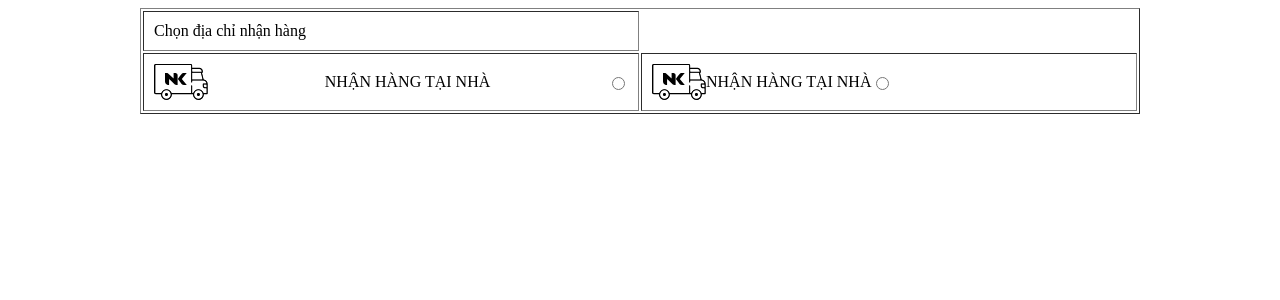
Repository: Tan-Khang21/TH_TKW--Buoi_04
Page: Bai_Tap_Tren_Lop/Bai_03/Bai_03.html
An editor plug-in stored every save of this project. The page is shown before and after the next save, followed by the edit.
The browser window is 1280 px wide. The pictures show the whole page.

Above is the page before, as saved 2024-03-07 21:43:06.

### Bai_Tap_Tren_Lop/Bai_03/Bai_03.html
<!DOCTYPE html>
<html lang="en">
  <head>
    <meta charset="UTF-8" />
    <meta name="viewport" content="width=device-width, initial-scale=1.0" />
    <link rel="stylesheet" href="style.css" />
    <title>Document</title>
  </head>
  <style>
    #redRadio:checked ~ #icon path {
      fill: yellow;
    }
  </style>
  <body>
    <form style="width: 1000px; margin: 0 auto">
      <table border="1px" cellpadding="10px" style="width: 1000px;">
        <tr>
          <td>Chọn địa chỉ nhận hàng</td>
        </tr>
        <tr>
          <td align="center">
            <div style="display: flex; align-items: center; justify-content: space-between">
              <svg
                id="icon"
                width="54"
                height="36"
                viewBox="0 0 54 36"
                fill="none"
              >
                <path
                  d="M44.4198 36C41.4513 36 39.0225 33.5712 39.0225 30.6027C39.0225 30.4138 38.8606 30.1709 38.6717 30.1709H18.1889C18 30.1709 17.8381 30.3328 17.8381 30.5217C17.8381 33.5442 15.4093 35.973 12.4408 35.973C9.47226 35.973 7.04348 33.5442 7.04348 30.5757C7.04348 30.3868 6.88156 30.1439 6.69265 30.1439H1.75412C0.944528 30.1439 0.134933 29.5232 0 28.8486V28.6597V1.51124C0 0.674663 0.944528 0 1.75412 0H36.6477C37.4843 0 38.1589 0.674663 38.1589 1.51124V3.50825C38.1589 3.69715 38.3208 3.85907 38.5097 3.85907H45.3643C47.2804 3.85907 48.8186 5.3973 48.8186 7.31334V8.28486C48.8186 8.52774 48.6297 8.77061 48.3868 8.82459C48.2789 8.85157 48.1979 8.90555 48.1439 8.98651C48.09 9.06747 48.09 9.17541 48.09 9.25637L49.6012 15.2744C49.6282 15.4093 49.7631 15.5172 49.8981 15.5442C52.03 15.8681 53.6492 17.7571 53.6492 19.916V29.6042C53.6492 29.901 53.4063 30.1439 53.1095 30.1439H50.1409C49.952 30.1439 49.7901 30.3058 49.7901 30.4948C49.8171 33.5712 47.3883 36 44.4198 36ZM44.4198 26.2849C42.045 26.2849 40.1289 28.2279 40.1289 30.5757C40.1289 32.9235 42.072 34.8666 44.4198 34.8666C46.7946 34.8666 48.7107 32.9505 48.7107 30.5757C48.7107 28.2009 46.7946 26.2849 44.4198 26.2849ZM12.4408 26.2849C10.066 26.2849 8.14993 28.2279 8.14993 30.5757C8.14993 32.9235 10.093 34.8666 12.4408 34.8666C14.7886 34.8666 16.7316 32.9775 16.7316 30.6027C16.7316 28.2279 14.7886 26.2849 12.4408 26.2849ZM44.4198 25.2054C46.7136 25.2054 48.7646 26.6627 49.5202 28.8486C49.5742 28.9835 49.7092 29.0915 49.8711 29.0915H52.2459C52.4348 29.0915 52.5967 28.9295 52.5967 28.7406V24.7196C52.5967 24.5307 52.4348 24.3688 52.2459 24.3688H51.2204C49.8441 24.3688 48.7376 23.2624 48.7376 21.8861V19.943C48.7376 19.6462 48.9805 19.4033 49.2774 19.4033H52.084C52.1919 19.4033 52.2999 19.3493 52.3808 19.2414C52.4348 19.1604 52.4618 19.0255 52.4348 18.9175C52.003 17.5412 50.7077 16.5967 49.2774 16.5967H38.5637C38.3748 16.5967 38.2129 16.7586 38.2129 16.9475V17.973C38.2129 18.2699 37.97 18.5127 37.6732 18.5127C37.3763 18.5127 37.1334 18.2699 37.1334 17.973V1.51124C37.1334 1.32234 36.9175 1.07946 36.7017 1.07946H1.75412C1.56522 1.07946 1.34933 1.32234 1.34933 1.51124V28.6597C1.34933 28.8486 1.56522 29.0915 1.78111 29.0915H7.01649C7.17841 29.0915 7.31334 28.9835 7.36732 28.8486C8.12294 26.6627 10.1739 25.2054 12.4678 25.2054C14.7616 25.2054 16.8126 26.6627 17.5682 28.8486C17.6222 28.9835 17.7571 29.0915 17.919 29.0915H36.7826C36.9715 29.0915 37.1334 28.9295 37.1334 28.7406V21.8861C37.1334 21.5892 37.3763 21.3463 37.6732 21.3463C37.97 21.3463 38.2129 21.5892 38.2129 21.8861V28.7406C38.2129 28.9295 38.3748 29.0915 38.5637 29.0915H38.9955C39.1574 29.0915 39.2924 28.9835 39.3463 28.8486C40.075 26.6627 42.1259 25.2054 44.4198 25.2054ZM50.1679 20.4828C49.979 20.4828 49.8171 20.6447 49.8171 20.8336V21.8591C49.8171 22.6147 50.4378 23.2624 51.2204 23.2624H52.2459C52.4348 23.2624 52.5967 23.1005 52.5967 22.9115V20.8606C52.5967 20.6717 52.4348 20.5097 52.2459 20.5097H50.1679V20.4828ZM38.5367 8.85157C38.3478 8.85157 38.1859 9.01349 38.1859 9.2024V15.1394C38.1859 15.3283 38.3478 15.4903 38.5367 15.4903H48.09C48.1979 15.4903 48.3059 15.4363 48.3868 15.3553C48.4678 15.2744 48.4678 15.1394 48.4408 15.0315L46.9565 9.09445C46.9026 8.93253 46.7676 8.82459 46.6057 8.82459H38.5367V8.85157ZM38.5367 4.96552C38.3478 4.96552 38.1859 5.12744 38.1859 5.31634V7.36732C38.1859 7.55622 38.3478 7.71814 38.5367 7.71814H47.3883C47.5772 7.71814 47.7391 7.55622 47.7391 7.36732C47.7391 6.01799 46.6867 4.93853 45.3643 4.93853H38.5367V4.96552Z"
                  fill="black"
                />
                <path
                  d="M44.4198 35.7301C41.5862 35.7301 39.2923 33.4363 39.2923 30.6027C39.2923 30.2789 39.0225 29.9011 38.6716 29.9011H18.1889C17.8381 29.9011 17.5682 30.1979 17.5682 30.5217C17.5682 31.925 17.0285 33.2204 16.0569 34.1919C15.0854 35.1634 13.8171 35.7032 12.4408 35.7032C9.60717 35.7032 7.31331 33.4093 7.31331 30.5757C7.31331 30.2519 7.04345 29.8741 6.69262 29.8741H1.75409C1.07943 29.8741 0.377782 29.3613 0.269836 28.7946V28.6327V1.51125C0.269836 0.836584 1.07943 0.269867 1.75409 0.269867H36.6476C37.3223 0.269867 37.889 0.836584 37.889 1.51125V3.50825C37.889 3.85907 38.1859 4.12894 38.5097 4.12894H45.3643C47.1184 4.12894 48.5487 5.55922 48.5487 7.31335V8.28486C48.5487 8.41979 48.4677 8.52774 48.3328 8.55472C48.1709 8.58171 48.009 8.68966 47.928 8.82459C47.847 8.95952 47.8201 9.14843 47.847 9.31035L49.3583 15.3283C49.4123 15.5712 49.6282 15.7601 49.871 15.8141C51.895 16.1109 53.4063 17.8921 53.4063 19.916V29.6042C53.4063 29.7661 53.2713 29.8741 53.1364 29.8741H50.1679C49.8171 29.8741 49.5472 30.1709 49.5472 30.4948C49.5472 31.8981 49.0075 33.1934 48.036 34.1649C47.0644 35.1904 45.7961 35.7301 44.4198 35.7301ZM44.4198 26.015C41.91 26.015 39.859 28.066 39.859 30.5757C39.859 33.0855 41.91 35.1364 44.4198 35.1364C46.9295 35.1364 48.9805 33.0855 48.9805 30.5757C48.9805 28.066 46.9295 26.015 44.4198 26.015ZM12.4408 26.015C9.93101 26.015 7.88003 28.066 7.88003 30.5757C7.88003 33.0855 9.93101 35.1364 12.4408 35.1364C14.9505 35.1364 17.0015 33.1124 17.0015 30.6027C17.0015 28.066 14.9505 26.015 12.4408 26.015ZM44.4198 25.4753C46.6057 25.4753 48.5487 26.8516 49.2503 28.9295C49.3313 29.1724 49.5742 29.3613 49.844 29.3613H52.2189C52.5697 29.3613 52.8396 29.0645 52.8396 28.7406V24.7196C52.8396 24.3688 52.5427 24.099 52.2189 24.099H51.1934C49.979 24.099 48.9805 23.1005 48.9805 21.8861V19.943C48.9805 19.7811 49.1154 19.6732 49.2503 19.6732H52.0839C52.2728 19.6732 52.4887 19.5652 52.5967 19.4033C52.7046 19.2414 52.7586 19.0255 52.6776 18.8366C52.1919 17.3523 50.8156 16.3268 49.2503 16.3268H38.5367C38.1859 16.3268 37.916 16.6237 37.916 16.9475V17.973C37.916 18.1349 37.7811 18.2429 37.6461 18.2429C37.4842 18.2429 37.3763 18.1079 37.3763 17.973V1.51125C37.3763 1.16042 37.0255 0.809597 36.6746 0.809597H1.75409C1.40327 0.809597 1.07943 1.16042 1.07943 1.51125V28.6597C1.07943 29.0105 1.43026 29.3613 1.78108 29.3613H7.01646C7.28633 29.3613 7.52921 29.1994 7.61017 28.9295C8.3388 26.8516 10.2818 25.4753 12.4408 25.4753C14.6267 25.4753 16.5697 26.8516 17.2713 28.9295C17.3523 29.1724 17.5952 29.3613 17.865 29.3613H36.7286C37.0794 29.3613 37.3493 29.0645 37.3493 28.7406V21.8861C37.3493 21.7241 37.4842 21.6162 37.6192 21.6162C37.7541 21.6162 37.889 21.7511 37.889 21.8861V28.7406C37.889 29.0915 38.1859 29.3613 38.5097 29.3613H38.9415C39.2114 29.3613 39.4542 29.1994 39.5352 28.9295C40.2908 26.8516 42.2339 25.4753 44.4198 25.4753ZM50.1679 20.2129C49.8171 20.2129 49.5472 20.5097 49.5472 20.8336V21.8591C49.5472 22.7766 50.3028 23.5322 51.2204 23.5322H52.2458C52.5967 23.5322 52.8665 23.2354 52.8665 22.9115V20.8606C52.8665 20.5097 52.5697 20.2399 52.2458 20.2399H50.1679V20.2129ZM38.5367 8.58171C38.1859 8.58171 37.916 8.87856 37.916 9.2024V15.1394C37.916 15.4903 38.2129 15.7601 38.5367 15.7601H48.0899C48.2788 15.7601 48.4677 15.6792 48.6027 15.5172C48.7106 15.3553 48.7646 15.1664 48.7106 14.9775L47.2264 9.04048C47.1454 8.77062 46.9025 8.55472 46.6057 8.55472H38.5367V8.58171ZM38.5367 4.69565C38.1859 4.69565 37.916 4.99251 37.916 5.31634V7.36732C37.916 7.71814 38.2129 7.98801 38.5367 7.98801H47.3883C47.7391 7.98801 48.009 7.69116 48.009 7.36732C48.009 5.85607 46.8485 4.66867 45.3643 4.66867H38.5367V4.69565Z"
                  fill="black"
                />
                <path
                  d="M12.4408 32.114C11.6042 32.114 10.9296 31.4393 10.9296 30.6027C10.9296 29.7661 11.6042 29.0915 12.4408 29.0915C13.2774 29.0915 13.9521 29.7661 13.9521 30.6027C13.9521 31.4393 13.2774 32.114 12.4408 32.114Z"
                  fill="black"
                />
                <path
                  d="M12.4408 31.8441C11.7661 31.8441 11.1994 31.2774 11.1994 30.6027C11.1994 29.928 11.7661 29.3613 12.4408 29.3613C13.1154 29.3613 13.6822 29.928 13.6822 30.6027C13.6822 31.2774 13.1154 31.8441 12.4408 31.8441Z"
                  fill="black"
                />
                <path
                  d="M44.4198 32.114C43.5832 32.114 42.9086 31.4393 42.9086 30.6027C42.9086 29.7661 43.5832 29.0915 44.4198 29.0915C45.2564 29.0915 45.9311 29.7661 45.9311 30.6027C45.9311 31.4393 45.2564 32.114 44.4198 32.114Z"
                  fill="black"
                />
                <path
                  d="M44.4198 31.8441C43.7451 31.8441 43.1784 31.2774 43.1784 30.6027C43.1784 29.928 43.7451 29.3613 44.4198 29.3613C45.0944 29.3613 45.6612 29.928 45.6612 30.6027C45.6612 31.2774 45.0944 31.8441 44.4198 31.8441Z"
                  fill="black"
                />
                <path
                  d="M15.0767 14.8238V20.9712C14.8826 21.0359 14.6884 20.9712 14.559 20.9712C14.1061 20.9712 13.7178 20.9065 13.2648 20.7771C12.0354 20.3889 11.3235 19.5476 11.1294 18.3182C11.0647 17.9299 11 17.5416 11 17.2181C11 14.565 11 11.9119 11 9.32355V9C11.0647 9 11.0647 9 11.1294 9C11.7118 9 12.2942 9 12.8766 9.06471C13.2001 9.06471 13.5237 9.12942 13.7825 9.25884C14.0413 9.32355 14.2355 9.51768 14.4296 9.64709C16.0473 11.2001 17.7298 12.8179 19.3475 14.3709C19.4122 14.4356 19.4769 14.5003 19.5416 14.565C19.6063 14.5003 19.6064 14.4356 19.6064 14.3709C19.6064 13.7885 19.6064 13.2061 19.6064 12.6237V9.25884V9C20.1887 9 20.7711 9 21.2888 9C21.5476 9 21.8712 9.06471 22.13 9.12942C22.9712 9.32355 23.4242 9.84122 23.5536 10.6824C23.6183 10.9413 23.6183 11.2001 23.6183 11.459C23.6183 12.6237 23.6183 13.7885 23.6183 14.9533C23.6183 16.8945 23.6183 18.9005 23.6183 20.8418C23.6183 20.9065 23.6183 20.9065 23.6183 20.9712H23.5536C22.8418 20.9712 22.1947 20.9065 21.5476 20.7124C21.1594 20.583 20.8358 20.3889 20.577 20.13C19.2181 18.8358 17.8592 17.5416 16.5003 16.2475C16.0473 15.7945 15.5944 15.4062 15.1414 14.9533C15.2061 14.9533 15.1414 14.8886 15.0767 14.8238Z"
                  fill="black"
                />
                <path
                  d="M32.807 20.9712C32.7423 20.9712 32.6776 20.9712 32.6776 20.9712C31.6423 20.9712 30.6069 20.9712 29.5716 20.9712C29.3127 20.9712 29.0539 20.9065 28.8598 20.8418C28.3421 20.7124 27.9538 20.3889 27.6303 20.0006C26.4008 18.3182 25.1713 16.7004 23.8771 15.018L23.8124 14.9533C24.0713 14.6297 24.2654 14.2415 24.5242 13.9179C25.4302 12.6237 26.4008 11.3942 27.4362 10.1648C27.5009 10.0354 27.695 9.84122 27.8244 9.64709C28.2127 9.25884 28.6656 9.06471 29.1833 9C29.4422 9 29.7657 9 30.0245 9C30.8658 9 31.707 9 32.4835 9H32.7423C31.0599 10.9413 29.3774 12.8826 27.8244 15.018C29.5069 17.024 31.1246 18.9652 32.807 20.9712Z"
                  fill="black"
                />
              </svg>
              <label for="redRadio">NHẬN HÀNG TẠI NHÀ</label>
              <input type="radio" id="redRadio" name="color" value="red" />
            </div>
          </td>
          <td>
            <div style="display: flex; align-items: center;">
              <svg
                id="icon"
                width="54"
                height="36"
                viewBox="0 0 54 36"
                fill="none"
              >
                <path
                  d="M44.4198 36C41.4513 36 39.0225 33.5712 39.0225 30.6027C39.0225 30.4138 38.8606 30.1709 38.6717 30.1709H18.1889C18 30.1709 17.8381 30.3328 17.8381 30.5217C17.8381 33.5442 15.4093 35.973 12.4408 35.973C9.47226 35.973 7.04348 33.5442 7.04348 30.5757C7.04348 30.3868 6.88156 30.1439 6.69265 30.1439H1.75412C0.944528 30.1439 0.134933 29.5232 0 28.8486V28.6597V1.51124C0 0.674663 0.944528 0 1.75412 0H36.6477C37.4843 0 38.1589 0.674663 38.1589 1.51124V3.50825C38.1589 3.69715 38.3208 3.85907 38.5097 3.85907H45.3643C47.2804 3.85907 48.8186 5.3973 48.8186 7.31334V8.28486C48.8186 8.52774 48.6297 8.77061 48.3868 8.82459C48.2789 8.85157 48.1979 8.90555 48.1439 8.98651C48.09 9.06747 48.09 9.17541 48.09 9.25637L49.6012 15.2744C49.6282 15.4093 49.7631 15.5172 49.8981 15.5442C52.03 15.8681 53.6492 17.7571 53.6492 19.916V29.6042C53.6492 29.901 53.4063 30.1439 53.1095 30.1439H50.1409C49.952 30.1439 49.7901 30.3058 49.7901 30.4948C49.8171 33.5712 47.3883 36 44.4198 36ZM44.4198 26.2849C42.045 26.2849 40.1289 28.2279 40.1289 30.5757C40.1289 32.9235 42.072 34.8666 44.4198 34.8666C46.7946 34.8666 48.7107 32.9505 48.7107 30.5757C48.7107 28.2009 46.7946 26.2849 44.4198 26.2849ZM12.4408 26.2849C10.066 26.2849 8.14993 28.2279 8.14993 30.5757C8.14993 32.9235 10.093 34.8666 12.4408 34.8666C14.7886 34.8666 16.7316 32.9775 16.7316 30.6027C16.7316 28.2279 14.7886 26.2849 12.4408 26.2849ZM44.4198 25.2054C46.7136 25.2054 48.7646 26.6627 49.5202 28.8486C49.5742 28.9835 49.7092 29.0915 49.8711 29.0915H52.2459C52.4348 29.0915 52.5967 28.9295 52.5967 28.7406V24.7196C52.5967 24.5307 52.4348 24.3688 52.2459 24.3688H51.2204C49.8441 24.3688 48.7376 23.2624 48.7376 21.8861V19.943C48.7376 19.6462 48.9805 19.4033 49.2774 19.4033H52.084C52.1919 19.4033 52.2999 19.3493 52.3808 19.2414C52.4348 19.1604 52.4618 19.0255 52.4348 18.9175C52.003 17.5412 50.7077 16.5967 49.2774 16.5967H38.5637C38.3748 16.5967 38.2129 16.7586 38.2129 16.9475V17.973C38.2129 18.2699 37.97 18.5127 37.6732 18.5127C37.3763 18.5127 37.1334 18.2699 37.1334 17.973V1.51124C37.1334 1.32234 36.9175 1.07946 36.7017 1.07946H1.75412C1.56522 1.07946 1.34933 1.32234 1.34933 1.51124V28.6597C1.34933 28.8486 1.56522 29.0915 1.78111 29.0915H7.01649C7.17841 29.0915 7.31334 28.9835 7.36732 28.8486C8.12294 26.6627 10.1739 25.2054 12.4678 25.2054C14.7616 25.2054 16.8126 26.6627 17.5682 28.8486C17.6222 28.9835 17.7571 29.0915 17.919 29.0915H36.7826C36.9715 29.0915 37.1334 28.9295 37.1334 28.7406V21.8861C37.1334 21.5892 37.3763 21.3463 37.6732 21.3463C37.97 21.3463 38.2129 21.5892 38.2129 21.8861V28.7406C38.2129 28.9295 38.3748 29.0915 38.5637 29.0915H38.9955C39.1574 29.0915 39.2924 28.9835 39.3463 28.8486C40.075 26.6627 42.1259 25.2054 44.4198 25.2054ZM50.1679 20.4828C49.979 20.4828 49.8171 20.6447 49.8171 20.8336V21.8591C49.8171 22.6147 50.4378 23.2624 51.2204 23.2624H52.2459C52.4348 23.2624 52.5967 23.1005 52.5967 22.9115V20.8606C52.5967 20.6717 52.4348 20.5097 52.2459 20.5097H50.1679V20.4828ZM38.5367 8.85157C38.3478 8.85157 38.1859 9.01349 38.1859 9.2024V15.1394C38.1859 15.3283 38.3478 15.4903 38.5367 15.4903H48.09C48.1979 15.4903 48.3059 15.4363 48.3868 15.3553C48.4678 15.2744 48.4678 15.1394 48.4408 15.0315L46.9565 9.09445C46.9026 8.93253 46.7676 8.82459 46.6057 8.82459H38.5367V8.85157ZM38.5367 4.96552C38.3478 4.96552 38.1859 5.12744 38.1859 5.31634V7.36732C38.1859 7.55622 38.3478 7.71814 38.5367 7.71814H47.3883C47.5772 7.71814 47.7391 7.55622 47.7391 7.36732C47.7391 6.01799 46.6867 4.93853 45.3643 4.93853H38.5367V4.96552Z"
                  fill="black"
                />
                <path
                  d="M44.4198 35.7301C41.5862 35.7301 39.2923 33.4363 39.2923 30.6027C39.2923 30.2789 39.0225 29.9011 38.6716 29.9011H18.1889C17.8381 29.9011 17.5682 30.1979 17.5682 30.5217C17.5682 31.925 17.0285 33.2204 16.0569 34.1919C15.0854 35.1634 13.8171 35.7032 12.4408 35.7032C9.60717 35.7032 7.31331 33.4093 7.31331 30.5757C7.31331 30.2519 7.04345 29.8741 6.69262 29.8741H1.75409C1.07943 29.8741 0.377782 29.3613 0.269836 28.7946V28.6327V1.51125C0.269836 0.836584 1.07943 0.269867 1.75409 0.269867H36.6476C37.3223 0.269867 37.889 0.836584 37.889 1.51125V3.50825C37.889 3.85907 38.1859 4.12894 38.5097 4.12894H45.3643C47.1184 4.12894 48.5487 5.55922 48.5487 7.31335V8.28486C48.5487 8.41979 48.4677 8.52774 48.3328 8.55472C48.1709 8.58171 48.009 8.68966 47.928 8.82459C47.847 8.95952 47.8201 9.14843 47.847 9.31035L49.3583 15.3283C49.4123 15.5712 49.6282 15.7601 49.871 15.8141C51.895 16.1109 53.4063 17.8921 53.4063 19.916V29.6042C53.4063 29.7661 53.2713 29.8741 53.1364 29.8741H50.1679C49.8171 29.8741 49.5472 30.1709 49.5472 30.4948C49.5472 31.8981 49.0075 33.1934 48.036 34.1649C47.0644 35.1904 45.7961 35.7301 44.4198 35.7301ZM44.4198 26.015C41.91 26.015 39.859 28.066 39.859 30.5757C39.859 33.0855 41.91 35.1364 44.4198 35.1364C46.9295 35.1364 48.9805 33.0855 48.9805 30.5757C48.9805 28.066 46.9295 26.015 44.4198 26.015ZM12.4408 26.015C9.93101 26.015 7.88003 28.066 7.88003 30.5757C7.88003 33.0855 9.93101 35.1364 12.4408 35.1364C14.9505 35.1364 17.0015 33.1124 17.0015 30.6027C17.0015 28.066 14.9505 26.015 12.4408 26.015ZM44.4198 25.4753C46.6057 25.4753 48.5487 26.8516 49.2503 28.9295C49.3313 29.1724 49.5742 29.3613 49.844 29.3613H52.2189C52.5697 29.3613 52.8396 29.0645 52.8396 28.7406V24.7196C52.8396 24.3688 52.5427 24.099 52.2189 24.099H51.1934C49.979 24.099 48.9805 23.1005 48.9805 21.8861V19.943C48.9805 19.7811 49.1154 19.6732 49.2503 19.6732H52.0839C52.2728 19.6732 52.4887 19.5652 52.5967 19.4033C52.7046 19.2414 52.7586 19.0255 52.6776 18.8366C52.1919 17.3523 50.8156 16.3268 49.2503 16.3268H38.5367C38.1859 16.3268 37.916 16.6237 37.916 16.9475V17.973C37.916 18.1349 37.7811 18.2429 37.6461 18.2429C37.4842 18.2429 37.3763 18.1079 37.3763 17.973V1.51125C37.3763 1.16042 37.0255 0.809597 36.6746 0.809597H1.75409C1.40327 0.809597 1.07943 1.16042 1.07943 1.51125V28.6597C1.07943 29.0105 1.43026 29.3613 1.78108 29.3613H7.01646C7.28633 29.3613 7.52921 29.1994 7.61017 28.9295C8.3388 26.8516 10.2818 25.4753 12.4408 25.4753C14.6267 25.4753 16.5697 26.8516 17.2713 28.9295C17.3523 29.1724 17.5952 29.3613 17.865 29.3613H36.7286C37.0794 29.3613 37.3493 29.0645 37.3493 28.7406V21.8861C37.3493 21.7241 37.4842 21.6162 37.6192 21.6162C37.7541 21.6162 37.889 21.7511 37.889 21.8861V28.7406C37.889 29.0915 38.1859 29.3613 38.5097 29.3613H38.9415C39.2114 29.3613 39.4542 29.1994 39.5352 28.9295C40.2908 26.8516 42.2339 25.4753 44.4198 25.4753ZM50.1679 20.2129C49.8171 20.2129 49.5472 20.5097 49.5472 20.8336V21.8591C49.5472 22.7766 50.3028 23.5322 51.2204 23.5322H52.2458C52.5967 23.5322 52.8665 23.2354 52.8665 22.9115V20.8606C52.8665 20.5097 52.5697 20.2399 52.2458 20.2399H50.1679V20.2129ZM38.5367 8.58171C38.1859 8.58171 37.916 8.87856 37.916 9.2024V15.1394C37.916 15.4903 38.2129 15.7601 38.5367 15.7601H48.0899C48.2788 15.7601 48.4677 15.6792 48.6027 15.5172C48.7106 15.3553 48.7646 15.1664 48.7106 14.9775L47.2264 9.04048C47.1454 8.77062 46.9025 8.55472 46.6057 8.55472H38.5367V8.58171ZM38.5367 4.69565C38.1859 4.69565 37.916 4.99251 37.916 5.31634V7.36732C37.916 7.71814 38.2129 7.98801 38.5367 7.98801H47.3883C47.7391 7.98801 48.009 7.69116 48.009 7.36732C48.009 5.85607 46.8485 4.66867 45.3643 4.66867H38.5367V4.69565Z"
                  fill="black"
                />
                <path
                  d="M12.4408 32.114C11.6042 32.114 10.9296 31.4393 10.9296 30.6027C10.9296 29.7661 11.6042 29.0915 12.4408 29.0915C13.2774 29.0915 13.9521 29.7661 13.9521 30.6027C13.9521 31.4393 13.2774 32.114 12.4408 32.114Z"
                  fill="black"
                />
                <path
                  d="M12.4408 31.8441C11.7661 31.8441 11.1994 31.2774 11.1994 30.6027C11.1994 29.928 11.7661 29.3613 12.4408 29.3613C13.1154 29.3613 13.6822 29.928 13.6822 30.6027C13.6822 31.2774 13.1154 31.8441 12.4408 31.8441Z"
                  fill="black"
                />
                <path
                  d="M44.4198 32.114C43.5832 32.114 42.9086 31.4393 42.9086 30.6027C42.9086 29.7661 43.5832 29.0915 44.4198 29.0915C45.2564 29.0915 45.9311 29.7661 45.9311 30.6027C45.9311 31.4393 45.2564 32.114 44.4198 32.114Z"
                  fill="black"
                />
                <path
                  d="M44.4198 31.8441C43.7451 31.8441 43.1784 31.2774 43.1784 30.6027C43.1784 29.928 43.7451 29.3613 44.4198 29.3613C45.0944 29.3613 45.6612 29.928 45.6612 30.6027C45.6612 31.2774 45.0944 31.8441 44.4198 31.8441Z"
                  fill="black"
                />
                <path
                  d="M15.0767 14.8238V20.9712C14.8826 21.0359 14.6884 20.9712 14.559 20.9712C14.1061 20.9712 13.7178 20.9065 13.2648 20.7771C12.0354 20.3889 11.3235 19.5476 11.1294 18.3182C11.0647 17.9299 11 17.5416 11 17.2181C11 14.565 11 11.9119 11 9.32355V9C11.0647 9 11.0647 9 11.1294 9C11.7118 9 12.2942 9 12.8766 9.06471C13.2001 9.06471 13.5237 9.12942 13.7825 9.25884C14.0413 9.32355 14.2355 9.51768 14.4296 9.64709C16.0473 11.2001 17.7298 12.8179 19.3475 14.3709C19.4122 14.4356 19.4769 14.5003 19.5416 14.565C19.6063 14.5003 19.6064 14.4356 19.6064 14.3709C19.6064 13.7885 19.6064 13.2061 19.6064 12.6237V9.25884V9C20.1887 9 20.7711 9 21.2888 9C21.5476 9 21.8712 9.06471 22.13 9.12942C22.9712 9.32355 23.4242 9.84122 23.5536 10.6824C23.6183 10.9413 23.6183 11.2001 23.6183 11.459C23.6183 12.6237 23.6183 13.7885 23.6183 14.9533C23.6183 16.8945 23.6183 18.9005 23.6183 20.8418C23.6183 20.9065 23.6183 20.9065 23.6183 20.9712H23.5536C22.8418 20.9712 22.1947 20.9065 21.5476 20.7124C21.1594 20.583 20.8358 20.3889 20.577 20.13C19.2181 18.8358 17.8592 17.5416 16.5003 16.2475C16.0473 15.7945 15.5944 15.4062 15.1414 14.9533C15.2061 14.9533 15.1414 14.8886 15.0767 14.8238Z"
                  fill="black"
                />
                <path
                  d="M32.807 20.9712C32.7423 20.9712 32.6776 20.9712 32.6776 20.9712C31.6423 20.9712 30.6069 20.9712 29.5716 20.9712C29.3127 20.9712 29.0539 20.9065 28.8598 20.8418C28.3421 20.7124 27.9538 20.3889 27.6303 20.0006C26.4008 18.3182 25.1713 16.7004 23.8771 15.018L23.8124 14.9533C24.0713 14.6297 24.2654 14.2415 24.5242 13.9179C25.4302 12.6237 26.4008 11.3942 27.4362 10.1648C27.5009 10.0354 27.695 9.84122 27.8244 9.64709C28.2127 9.25884 28.6656 9.06471 29.1833 9C29.4422 9 29.7657 9 30.0245 9C30.8658 9 31.707 9 32.4835 9H32.7423C31.0599 10.9413 29.3774 12.8826 27.8244 15.018C29.5069 17.024 31.1246 18.9652 32.807 20.9712Z"
                  fill="black"
                />
              </svg>
              <label for="redRadio">NHẬN HÀNG TẠI NHÀ</label>
              <input type="radio" id="redRadio" name="color" value="red" />
            </div>
          </td>
        </tr>
      </table>
    </form>
  </body>
</html>

### Bai_Tap_Tren_Lop/Bai_03/style.css
#label {
    color: black; /* Màu chữ mặc định */
}

#myCheckbox:checked + #label {
    color: red; /* Màu chữ thay đổi khi checkbox được check */
}

After the next save:
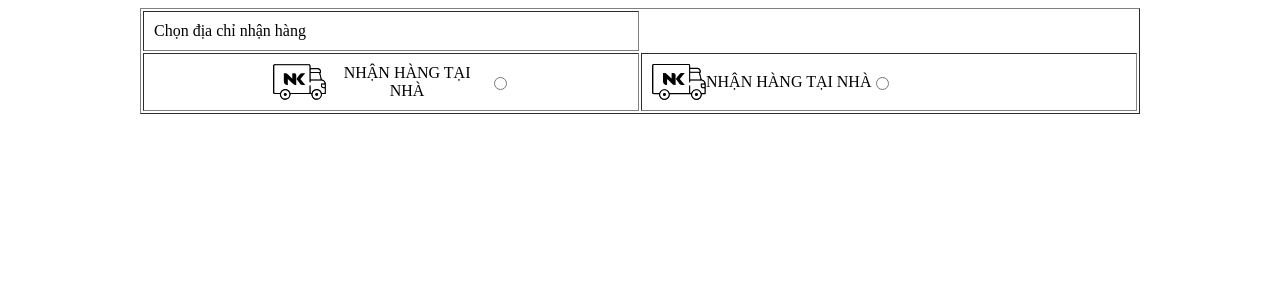
Saved 25 s later.
--- a/Bai_Tap_Tren_Lop/Bai_03/Bai_03.html
+++ b/Bai_Tap_Tren_Lop/Bai_03/Bai_03.html
@@ -19,7 +19,7 @@
         </tr>
         <tr>
           <td align="center">
-            <div style="display: flex; align-items: center; justify-content: space-between">
+            <div style="width: 50%; display: flex; align-items: center; justify-content: space-between">
               <svg
                 id="icon"
                 width="54"
